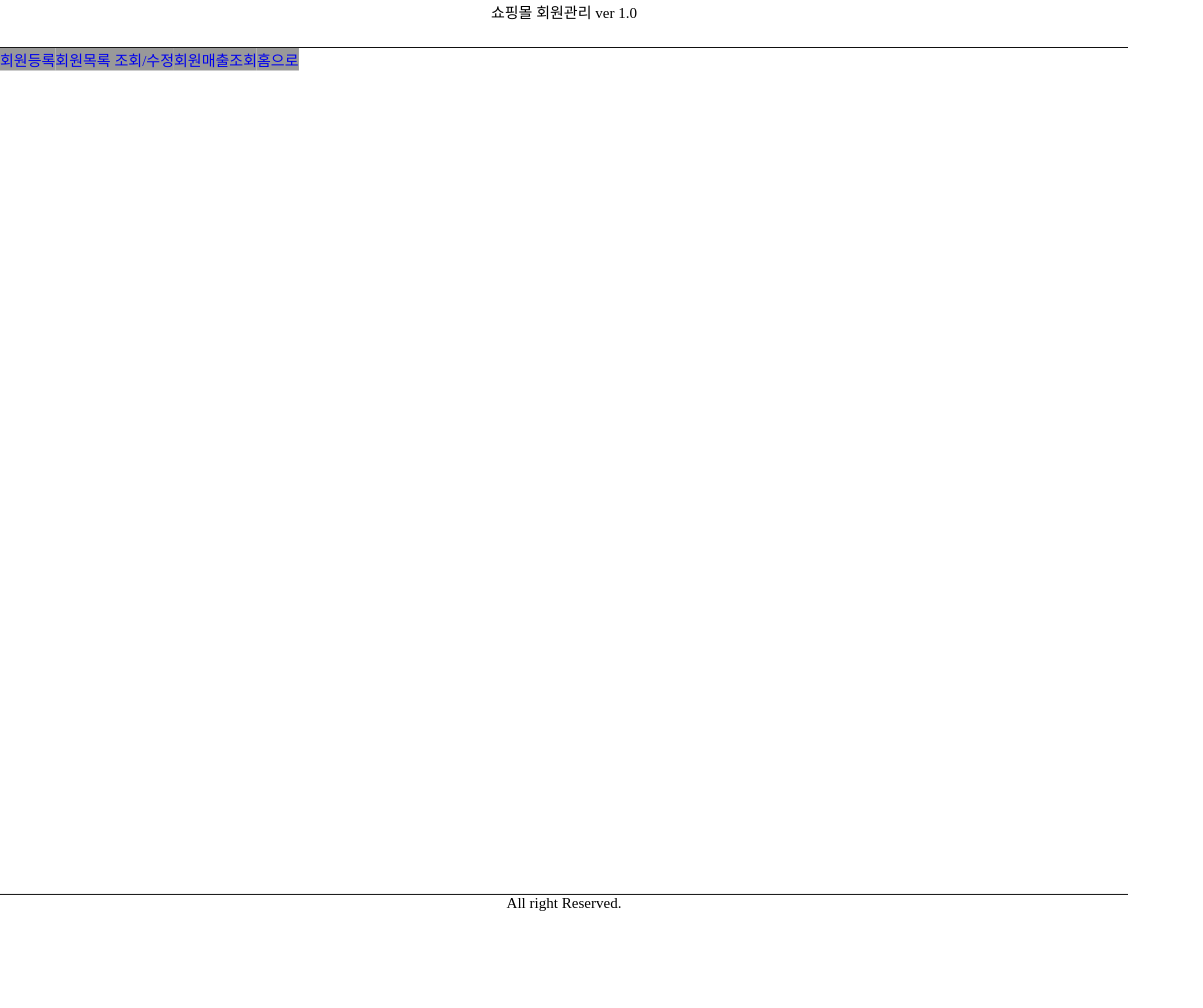
Repository: foodduck/HRD_exam
Page: http://localhost/HRD_1234/
An editor plug-in stored every save of this project. The page is shown before and after the next save, followed by the edit.
The browser window is 1280 px wide. The pictures show the whole page, at 94% of full size.
The page is served by Tomcat 9.

Above is the page before, as saved 2022-02-14 07:02:46.

After the next save:
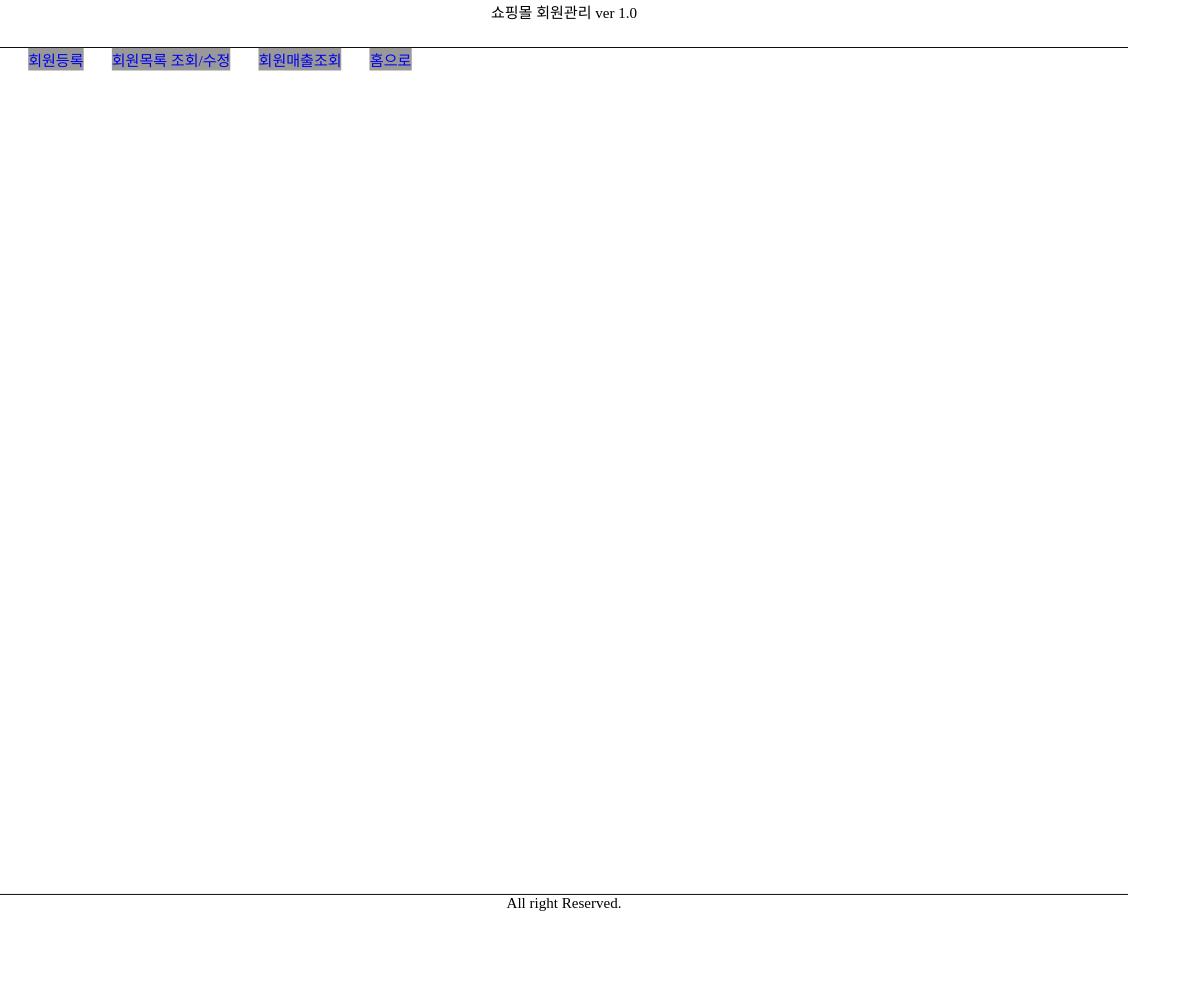
Saved 20 s later.
--- a/HRD_1234/WebContent/index.jsp
+++ b/HRD_1234/WebContent/index.jsp
@@ -16,7 +16,7 @@
 	.hd {height:50px; width: 1200px; border-bottom:solid black 1px;}
 	nav {clear:both;}
 	.tnb {height: 100px; width: 1200px; margin:0 auto;}
-	.tnb li { float:left; margin:0 auto; background-color:#999;}
+	.tnb li { float:left; margin-left: 30px; background-color:#999;}
 	.sec {width:100%; height:800px;}
 	.ft {clear:both; width:100%; height:120px; border-top:solid 1px black;}
 </style>
